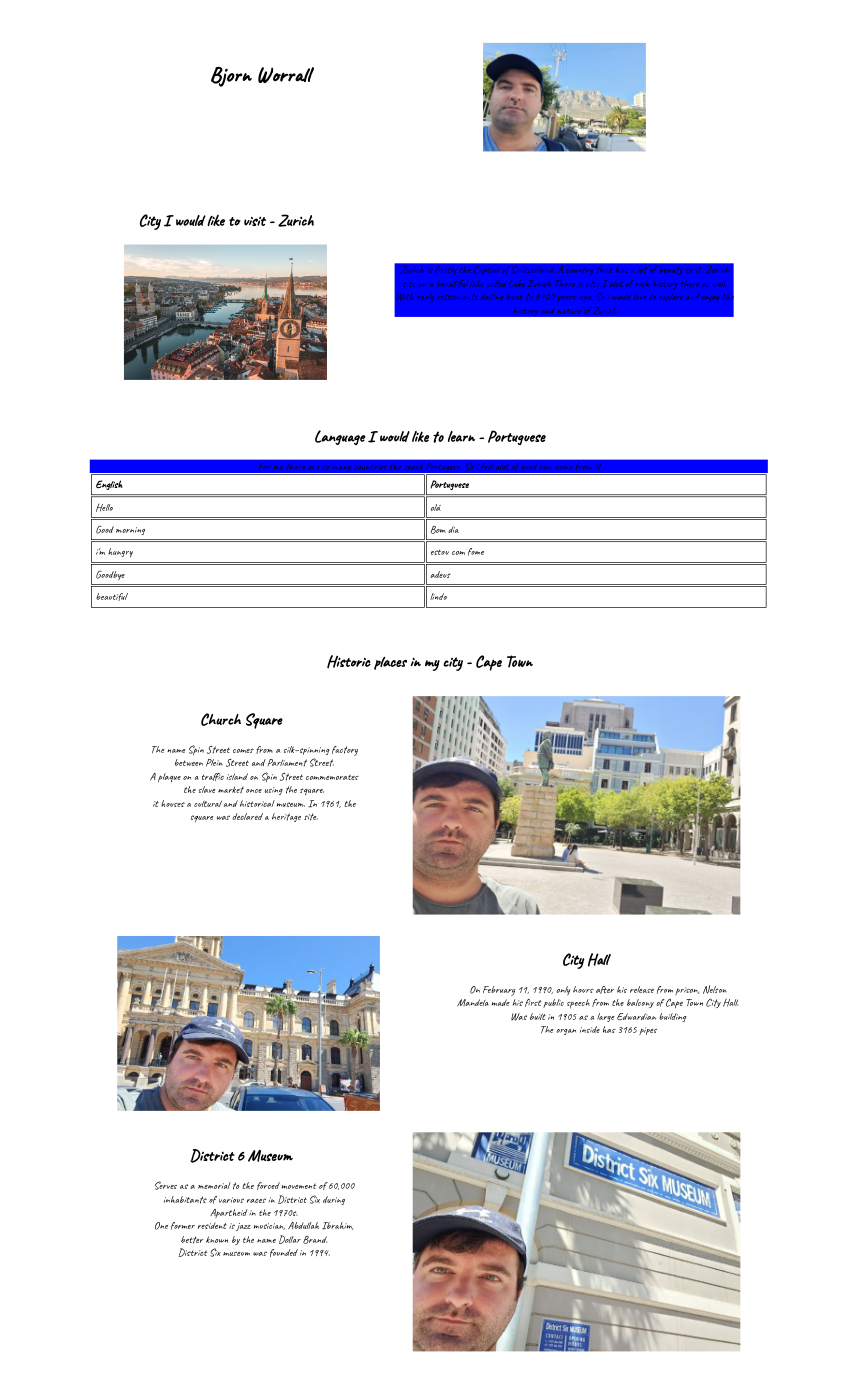
Repository: lasity34/basic-webpage
Page: index.html
These files come from the project's save history. The page is drawn as it stood at one moment and after the next save; the edit follows.
The browser window is 1280 px wide. The pictures show the whole page, at 67% of full size.

Above is the page before, as saved 2023-03-03 10:03:26.

After the next save:
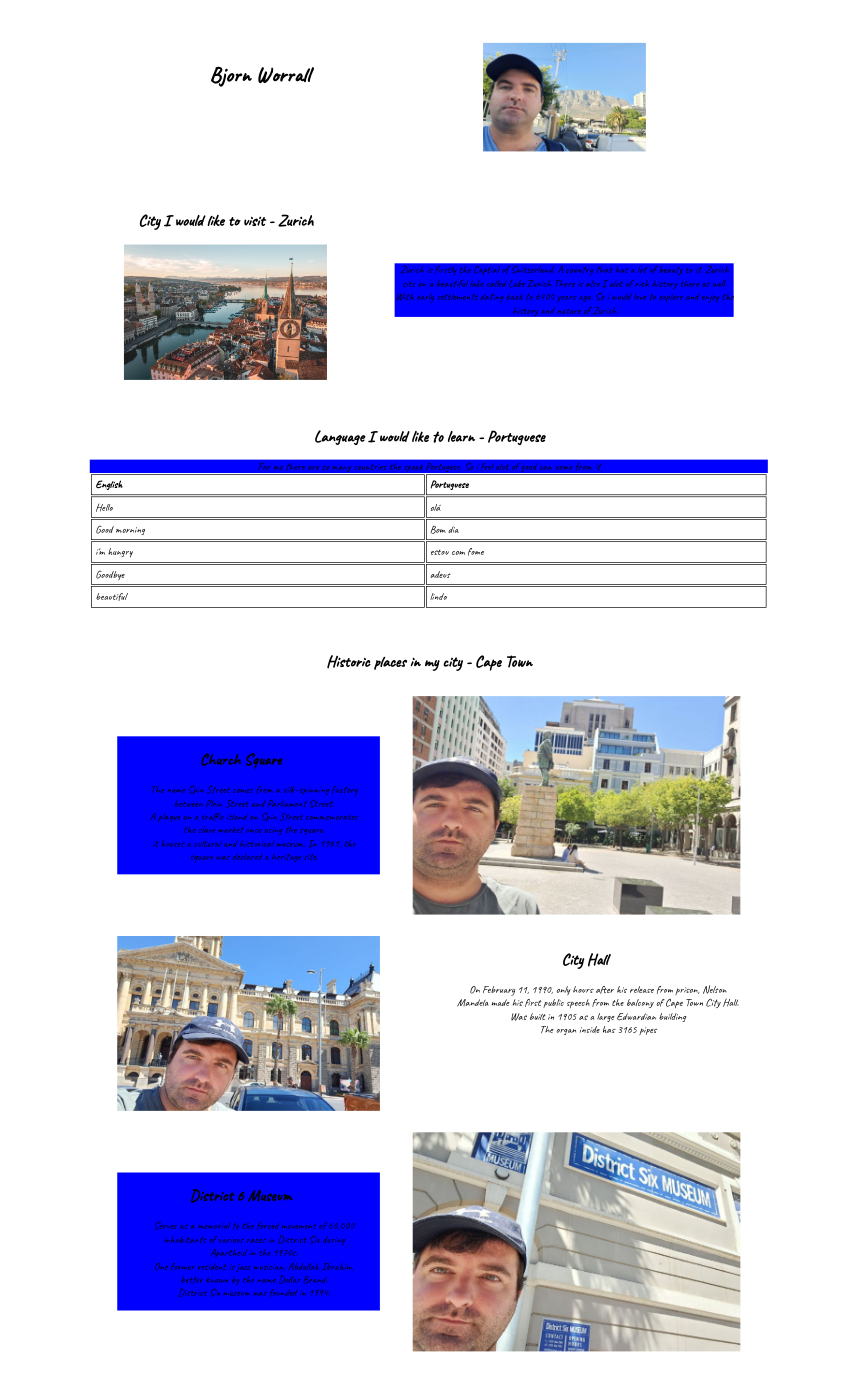
Saved 30 s later.
--- a/styles.css
+++ b/styles.css
@@ -101,7 +101,7 @@ th {
     grid-template-columns: 50% 40%;
   }
 
-  p, #places_info {
+  p, .places_info {
     margin: auto 0;
     background-color: blue;
   }
